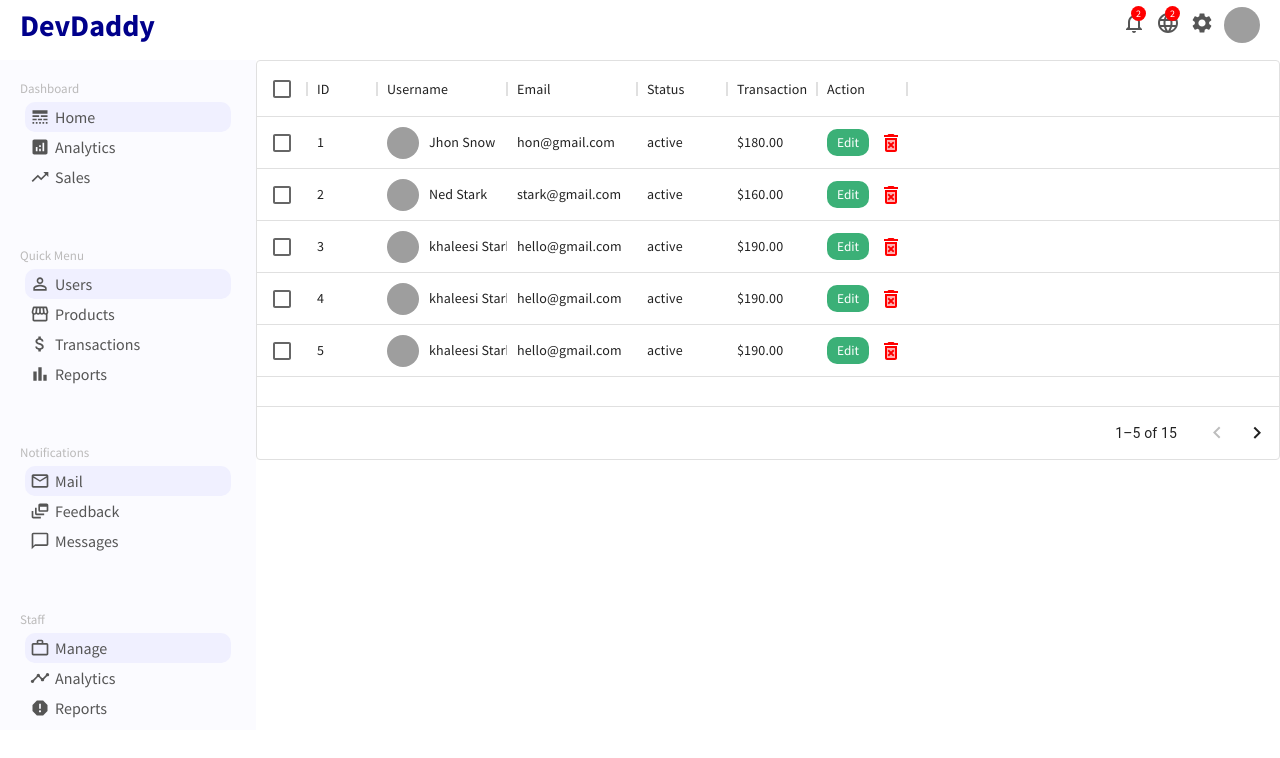
Repository: Marhamat92/react-admin-dashboard
Page: /users
These files come from the project's save history. The page is drawn as it stood at one moment and after a run of saves; the edit follows.
The browser window is 1280 px wide. The pictures show the whole page.
Pictures or frames that could not be fetched are drawn as grey boxes. The project was rebuilt for these pictures with package versions that can differ from the ones it lists, and the page was loaded fresh each time. Also part of the build but not shown: src/pages/home/home.scss, src/components/featuredInfo/featuredInfo.scss, src/components/featuredInfo/FeaturedInfo.js, src/components/chart/chart.scss, src/components/chart/Chart.js, src/data/userData.js, src/components/widgetSm/widgetSm.scss, src/components/widgetSm/WidgetSm.js and 3 more.

Above is the page before, as saved 2023-02-10 22:29:31.

### public/index.html
<!DOCTYPE html>
<html lang="en">

<head>
  <meta charset="utf-8" />
  <link rel="icon" href="%PUBLIC_URL%/favicon.ico" />
  <meta name="viewport" content="width=device-width, initial-scale=1" />
  <meta name="theme-color" content="#000000" />
  <meta name="description" content="Web site created using create-react-app" />
  <link rel="apple-touch-icon" href="%PUBLIC_URL%/logo192.png" />
  <link rel="preconnect" href="https://fonts.googleapis.com">
  <link rel="preconnect" href="https://fonts.gstatic.com" crossorigin>
  <link href="https://fonts.googleapis.com/css2?family=Source+Sans+Pro:wght@200;300;400;600;700;900&display=swap"
    rel="stylesheet">
  <!--
      manifest.json provides metadata used when your web app is installed on a
      user's mobile device or desktop. See https://developers.google.com/web/fundamentals/web-app-manifest/
    -->
  <link rel="manifest" href="%PUBLIC_URL%/manifest.json" />
  <!--
      Notice the use of %PUBLIC_URL% in the tags above.
      It will be replaced with the URL of the `public` folder during the build.
      Only files inside the `public` folder can be referenced from the HTML.

      Unlike "/favicon.ico" or "favicon.ico", "%PUBLIC_URL%/favicon.ico" will
      work correctly both with client-side routing and a non-root public URL.
      Learn how to configure a non-root public URL by running `npm run build`.
    -->
  <style>
    * {
      font-family: 'Source Sans Pro', sans-serif;
      margin: 0;

    }
  </style>
  <title>DevDaddy Admin Dashboard</title>
</head>

<body>
  <noscript>You need to enable JavaScript to run this app.</noscript>
  <div id="root"></div>
  <!--
      This HTML file is a template.
      If you open it directly in the browser, you will see an empty page.

      You can add webfonts, meta tags, or analytics to this file.
      The build step will place the bundled scripts into the <body> tag.

      To begin the development, run `npm start` or `yarn start`.
      To create a production bundle, use `npm run build` or `yarn build`.
    -->
</body>

</html>

### src/index.js
import React from 'react';
import ReactDOM from 'react-dom/client';
import App from './App';
import { BrowserRouter } from "react-router-dom";


const root = ReactDOM.createRoot(document.getElementById('root'));
root.render(
  <BrowserRouter>
    <App />
  </BrowserRouter>

);

### src/App.js
import Topbar from "./components/Topbar/Topbar";
import Sidebar from "./components/sidebar/Sidebar";
import "./app.scss";
import Home from "./pages/home/Home";
import {
  Routes,
  Route,
  Link,
} from "react-router-dom";
import UserList from "./pages/userList/UserList";


function App() {
  return (
    <>
      <Topbar />
      <div className="container">
        <Sidebar />
        <Routes>
          <Route path="/" element={<Home />} />
          <Route path="/users" element={<UserList />} />
        </Routes>
      </div>
    </>

  );
}

export default App;

### src/components/Topbar/Topbar.jsx
import React from 'react'
import "./topbar.scss"
import { Language, NotificationsNone, Settings } from '@mui/icons-material'

function Topbar() {
  return (
    <div className="topbar" >
       <div className='topbarWrapper' >
          <div className='topLeft' >
            <span className='logo'>DevDaddy</span>
          </div>
          <div className='topRight' >
             <div className='topbarIconContainer' >
               <NotificationsNone/>
                <span className='topIconBadge'>2</span>
             </div>
             <div className='topbarIconContainer' >
               <Language/>
                <span className='topIconBadge'>2</span>
             </div>
             <div className='topbarIconContainer' >
               <Settings/>
             </div>
             <img className='topAvatar' src='https://i.pinimg.com/originals/99/ee/d8/99eed8642bbb66a71d0f1677d18a2587.jpg' alt="jack sheperd" />
          </div>
       </div>
    </div>
  )
}

export default Topbar

### src/components/sidebar/Sidebar.js
import React from 'react'
import './sidebar.scss'
import { Analytics, AttachMoney, ChatBubbleOutline, DynamicFeed, LineStyle, MailOutline, PermIdentity, Report, Storefront, Timeline, TrendingUp, WorkOutline, BarChart } from '@mui/icons-material'



function Sidebar() {
  return (
    <div className='sidebar'>
      <div className='sidebarWrapper'>
        <div className='sidebarMenu' >
          <div className='sidebarTitle'>
            Dashboard
          </div>
          <ul className='sidebarList'>
            <li className='sidebarListItem active'>
              <LineStyle className='sidebarIcon' />
              Home
            </li>
            <li className='sidebarListItem'>
              <Analytics className='sidebarIcon' />
              Analytics
            </li>
            <li className='sidebarListItem'>
              <TrendingUp className='sidebarIcon' />
              Sales
            </li>
          </ul>
        </div>
      </div>

      <div className='sidebarWrapper'>
        <div className='sidebarMenu' >
          <div className='sidebarTitle'>
            Quick Menu
          </div>
          <ul className='sidebarList'>
            <li className='sidebarListItem active'>
              <PermIdentity className='sidebarIcon' />
              Users
            </li>
            <li className='sidebarListItem'>
              <Storefront className='sidebarIcon' />
              Products
            </li>
            <li className='sidebarListItem'>
              <AttachMoney className='sidebarIcon' />
              Transactions
            </li>
            <li className='sidebarListItem'>
              <BarChart className='sidebarIcon' />
              Reports
            </li>
          </ul>
        </div>
      </div>

      <div className='sidebarWrapper'>
        <div className='sidebarMenu' >
          <div className='sidebarTitle'>
            Notifications
          </div>
          <ul className='sidebarList'>
            <li className='sidebarListItem active'>
              <MailOutline className="sidebarIcon" />
              Mail
            </li>
            <li className='sidebarListItem'>
              <DynamicFeed className="sidebarIcon" />
              Feedback
            </li>
            <li className='sidebarListItem'>
              <ChatBubbleOutline className="sidebarIcon" />
              Messages
            </li>
          </ul>
        </div>
      </div>

      <div className='sidebarWrapper'>
        <div className='sidebarMenu' >
          <div className='sidebarTitle'>
            Staff
          </div>
          <ul className='sidebarList'>
            <li className='sidebarListItem active'>
              <WorkOutline className="sidebarIcon" />
              Manage
            </li>
            <li className='sidebarListItem'>
              <Timeline className="sidebarIcon" />
              Analytics
            </li>
            <li className='sidebarListItem'>
              <Report className="sidebarIcon" />
              Reports
            </li>
          </ul>
        </div>
      </div>
    </div>
  )
}

export default Sidebar

### src/app.scss
.container {
  display:flex;
  margin-top: 10px;
}

### src/pages/userList/UserList.js
import React from 'react'
import './userList.scss'
import { DataGrid } from '@mui/x-data-grid';
import { DeleteForeverTwoTone, DeleteOutline } from '@mui/icons-material';
import { Link } from 'react-router-dom';

const columns = [
  { field: 'id', headerName: 'ID', width: 70 },
  {
    field: 'username', headerName: 'Username', width: 130, renderCell: (params) => {
      return (
        <div className="userListUser">
          <img className="userListImg" src={params.row.avatar} alt="" />
          {params.row.username}
        </div>
      )
    }
  },
  { field: 'email', headerName: 'Email', width: 130 },
  {
    field: 'status',
    headerName: 'Status',
    width: 90,
  },
  {
    field: 'transaction',
    headerName: 'Transaction',
    width: 90,
  },
  {
    field: 'action',
    headerName: 'Action',
    width: 90,
    renderCell: (params) => {
      return (
        <>
          <Link to={"/user/" + params.row.id}>
            <button className="userListEdit">Edit</button>
          </Link>
          <DeleteForeverTwoTone className="userListDelete" />
        </>
      )
    }
  }
];

const rows = [
  { id: 1, username: 'Jhon Snow', avatar: 'https://hips.hearstapps.com/hmg-prod/images/kit-harington-as-jon-snow-in-game-of-thrones-season-7-1548376210.jpeg?crop=0.500xw:1.00xh;0.362xw,0&resize=1200:*', email: "hon@gmail.com", status: "active", transaction: "$180.00" },
  {
    id: 2, username: 'Ned Stark', avatar: 'https://i.pinimg.com/originals/72/1d/6a/721d6a00a561c71658df41ad9a26d71c.jpg', email: "stark@gmail.com", status: "active", transaction: "$160.00"
  },
  {
    id: 3, username: 'khaleesi Stark', avatar: 'https://i.guim.co.uk/img/media/02f5315a3ddd09325377357e22f052a9a6759e1e/0_249_4000_2400/master/4000.jpg?width=1200&height=1200&quality=85&auto=format&fit=crop&s=a5fddd8bda9970a44cbb03b0dd0771a8', email: "hello@gmail.com", status: "active", transaction: "$190.00"
  },
  {
    id: 4, username: 'khaleesi Stark', avatar: 'https://i.guim.co.uk/img/media/02f5315a3ddd09325377357e22f052a9a6759e1e/0_249_4000_2400/master/4000.jpg?width=1200&height=1200&quality=85&auto=format&fit=crop&s=a5fddd8bda9970a44cbb03b0dd0771a8', email: "hello@gmail.com", status: "active", transaction: "$190.00"
  },
  {
    id: 5, username: 'khaleesi Stark', avatar: 'https://i.guim.co.uk/img/media/02f5315a3ddd09325377357e22f052a9a6759e1e/0_249_4000_2400/master/4000.jpg?width=1200&height=1200&quality=85&auto=format&fit=crop&s=a5fddd8bda9970a44cbb03b0dd0771a8', email: "hello@gmail.com", status: "active", transaction: "$190.00"
  },
  {
    id: 6, username: 'khaleesi Stark', avatar: 'https://i.guim.co.uk/img/media/02f5315a3ddd09325377357e22f052a9a6759e1e/0_249_4000_2400/master/4000.jpg?width=1200&height=1200&quality=85&auto=format&fit=crop&s=a5fddd8bda9970a44cbb03b0dd0771a8', email: "hello@gmail.com", status: "active", transaction: "$190.00"
  },
  {
    id: 7, username: 'khaleesi Stark', avatar: 'https://i.guim.co.uk/img/media/02f5315a3ddd09325377357e22f052a9a6759e1e/0_249_4000_2400/master/4000.jpg?width=1200&height=1200&quality=85&auto=format&fit=crop&s=a5fddd8bda9970a44cbb03b0dd0771a8', email: "hello@gmail.com", status: "active", transaction: "$190.00"
  },
  {
    id: 8, username: 'khaleesi Stark', avatar: 'https://i.guim.co.uk/img/media/02f5315a3ddd09325377357e22f052a9a6759e1e/0_249_4000_2400/master/4000.jpg?width=1200&height=1200&quality=85&auto=format&fit=crop&s=a5fddd8bda9970a44cbb03b0dd0771a8', email: "hello@gmail.com", status: "active", transaction: "$190.00"
  },
  {
    id: 9, username: 'khaleesi Stark', avatar: 'https://i.guim.co.uk/img/media/02f5315a3ddd09325377357e22f052a9a6759e1e/0_249_4000_2400/master/4000.jpg?width=1200&height=1200&quality=85&auto=format&fit=crop&s=a5fddd8bda9970a44cbb03b0dd0771a8', email: "hello@gmail.com", status: "active", transaction: "$190.00"
  },
  {
    id: 10, username: 'khaleesi Stark', avatar: 'https://i.guim.co.uk/img/media/02f5315a3ddd09325377357e22f052a9a6759e1e/0_249_4000_2400/master/4000.jpg?width=1200&height=1200&quality=85&auto=format&fit=crop&s=a5fddd8bda9970a44cbb03b0dd0771a8', email: "hello@gmail.com", status: "active", transaction: "$190.00"
  },
  {
    id: 11, username: 'khaleesi Stark', avatar: 'https://i.guim.co.uk/img/media/02f5315a3ddd09325377357e22f052a9a6759e1e/0_249_4000_2400/master/4000.jpg?width=1200&height=1200&quality=85&auto=format&fit=crop&s=a5fddd8bda9970a44cbb03b0dd0771a8', email: "hello@gmail.com", status: "active", transaction: "$190.00"
  },
  {
    id: 12, username: 'khaleesi Stark', avatar: 'https://i.guim.co.uk/img/media/02f5315a3ddd09325377357e22f052a9a6759e1e/0_249_4000_2400/master/4000.jpg?width=1200&height=1200&quality=85&auto=format&fit=crop&s=a5fddd8bda9970a44cbb03b0dd0771a8', email: "hello@gmail.com", status: "active", transaction: "$190.00"
  },
  {
    id: 13, username: 'khaleesi Stark', avatar: 'https://i.guim.co.uk/img/media/02f5315a3ddd09325377357e22f052a9a6759e1e/0_249_4000_2400/master/4000.jpg?width=1200&height=1200&quality=85&auto=format&fit=crop&s=a5fddd8bda9970a44cbb03b0dd0771a8', email: "hello@gmail.com", status: "active", transaction: "$190.00"
  },
  {
    id: 14, username: 'khaleesi Stark', avatar: 'https://i.guim.co.uk/img/media/02f5315a3ddd09325377357e22f052a9a6759e1e/0_249_4000_2400/master/4000.jpg?width=1200&height=1200&quality=85&auto=format&fit=crop&s=a5fddd8bda9970a44cbb03b0dd0771a8', email: "hello@gmail.com", status: "active", transaction: "$190.00"
  },
  {
    id: 15, username: 'khaleesi Stark', avatar: 'https://i.guim.co.uk/img/media/02f5315a3ddd09325377357e22f052a9a6759e1e/0_249_4000_2400/master/4000.jpg?width=1200&height=1200&quality=85&auto=format&fit=crop&s=a5fddd8bda9970a44cbb03b0dd0771a8', email: "hello@gmail.com", status: "active", transaction: "$190.00"
  },


];

function UserList() {
  return (
    <div className='userList' >
      <DataGrid
        disableSelectionOnClick
        rows={rows}
        columns={columns}
        pageSize={5}
        rowsPerPageOptions={[5]}
        checkboxSelection
      /></div>
  )
}

export default UserList

### src/components/Topbar/topbar.scss
.topbar{
  width:100%;
  height: 50px;
  background-color: white;
  position: sticky;
  top:0;
  z-index: 999;
}

.topbarWrapper{
  height: 100%;
  padding: 0px 20px;
  display: flex;
  align-items: center;
  justify-content: space-between;
}

.logo{
  font-weight:bold;
  font-size: 30px;
  color:darkblue;
  cursor: pointer;
}

.topRight{
  display:flex;
  align-items: center;
}

.topbarIconContainer{
  position:relative;
  cursor: pointer;
  margin-right:10px;
  color:#555;
}

.topIconBadge{
  width: 15px;
  height: 15px;
  display: flex;
  align-items: center;
  justify-content: center;
  position:absolute;
  top:-5px;
  right:0px;
  background-color: red;
  color:white;
  border-radius: 50%;
  font-size: 10px;
}

.topAvatar{
  width: 36px;
  height: 36px;
  border-radius: 50%;
  object-fit: cover;
  cursor: pointer;
}

### src/components/sidebar/sidebar.scss
.sidebar{
  flex:1;
  height:calc(100vh - 50px);
  background-color: rgb(251,251,255);
  position: sticky;
  top: 50px;
  align-self: flex-start;

}

.sidebarWrapper{
  padding: 20px;
  color:#555;
}

.sidebarMenu{
  margin-bottom:10px;
}

.sidebarTitle{
  font-size: 13px;
  color:rgb(187,186,186);
}

.sidebarList{
  list-style: none;
  padding:5px;
}

.sidebarListItem{
  padding:5px;
  cursor:pointer;
  display:flex;
  align-items:center;
  border-radius: 10px;
}

.sidebarListItem.active,
.sidebarListItem:hover{
  background-color: rgb(240,240,255);
}

.sidebarIcon{
  margin-right: 5px;
  font-size: 20px !important;
}

### src/pages/userList/userList.scss
.userList{
  display: flex;
  flex:4;
  height: 400px;
  width: 100%;
  padding-X: 20px;
}

.userListUser{
  display:flex;
  align-items: center;
}

.userListImg{
  width:32px;
  height:32px;
  border-radius: 50%;
  margin-right: 10px;
  object-fit: cover;

}

.userListEdit{
  border: none;
  border-radius: 10px;
  padding:5px 10px;
  background-color: #3bb077;
  cursor: pointer;
  color: #fff;
}

.userListDelete{
  border: none;
  margin-left:10px;
  cursor: pointer;
  color: #ff0000;
}

After the next 2 saves:
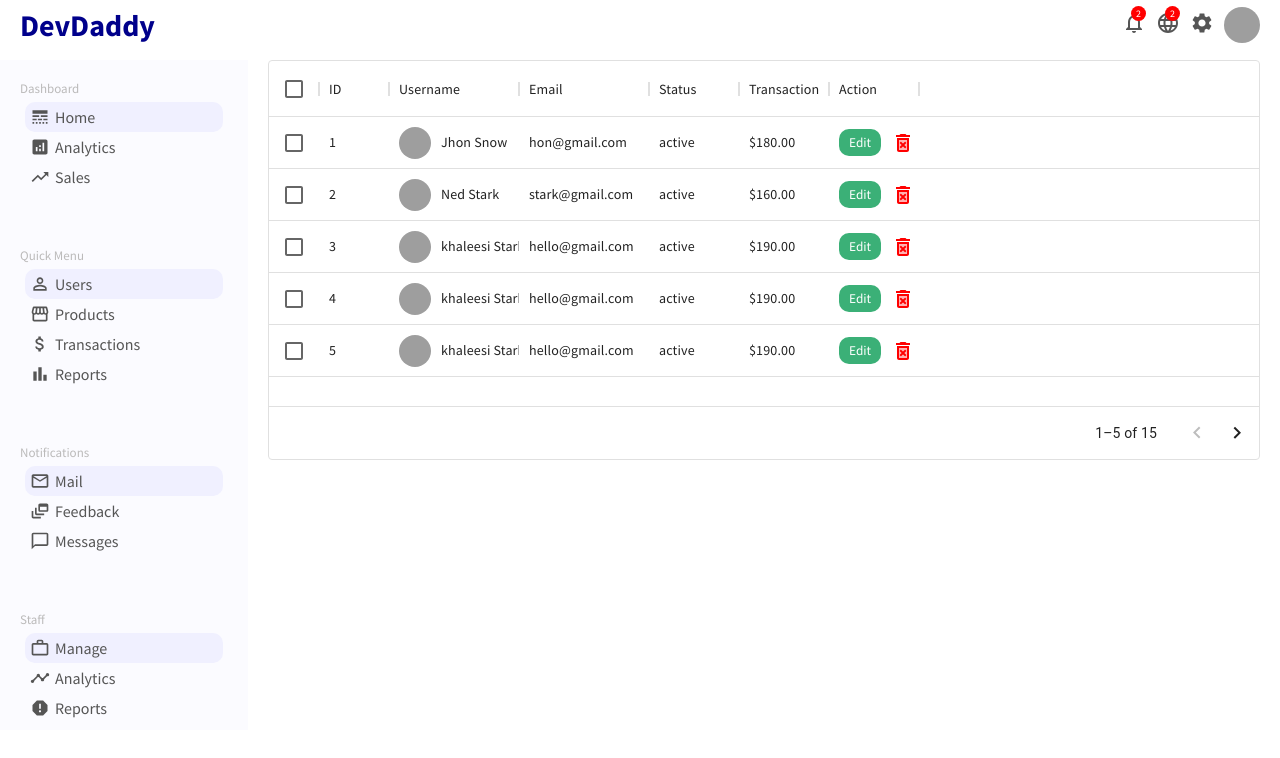
The 2 saves are shown as one change because they came seconds apart.
The last was saved 59 s later.
--- a/src/pages/userList/userList.scss
+++ b/src/pages/userList/userList.scss
@@ -3,7 +3,8 @@
   flex:4;
   height: 400px;
   width: 100%;
-  padding-X: 20px;
+  padding-right: 20px;
+  padding-left: 20px ;
 }
 
 .userListUser{
